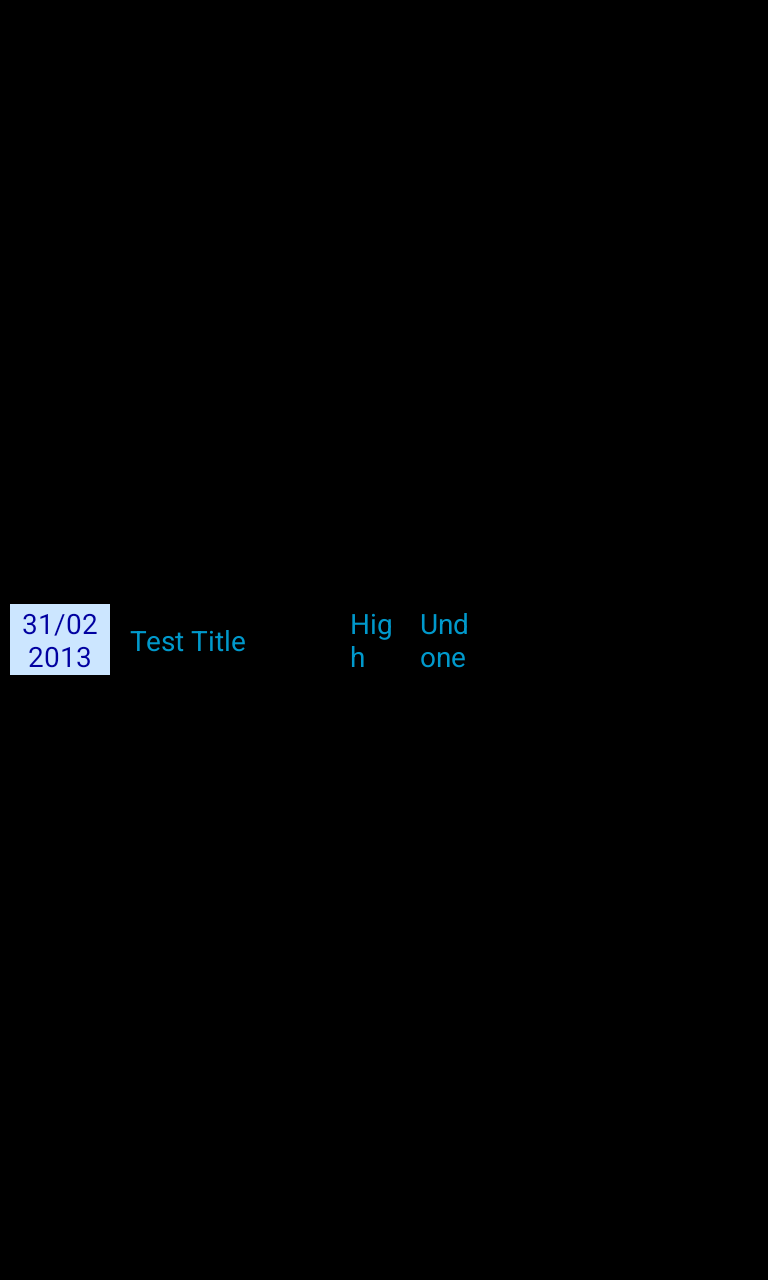
Repository: titango/androidass1
Layout: uTask/res/layout/task_list_item.xml
These files come from the project's save history. The layout is drawn as it stood at one moment and after a run of saves; the edit follows.
It is drawn on a 768 x 1280 px phone screen (xhdpi) without system bars, with theme NoActionBar; the app's code is not run.

Above is the layout before, as saved 2013-03-31 23:41:12.

After the next 2 saves:
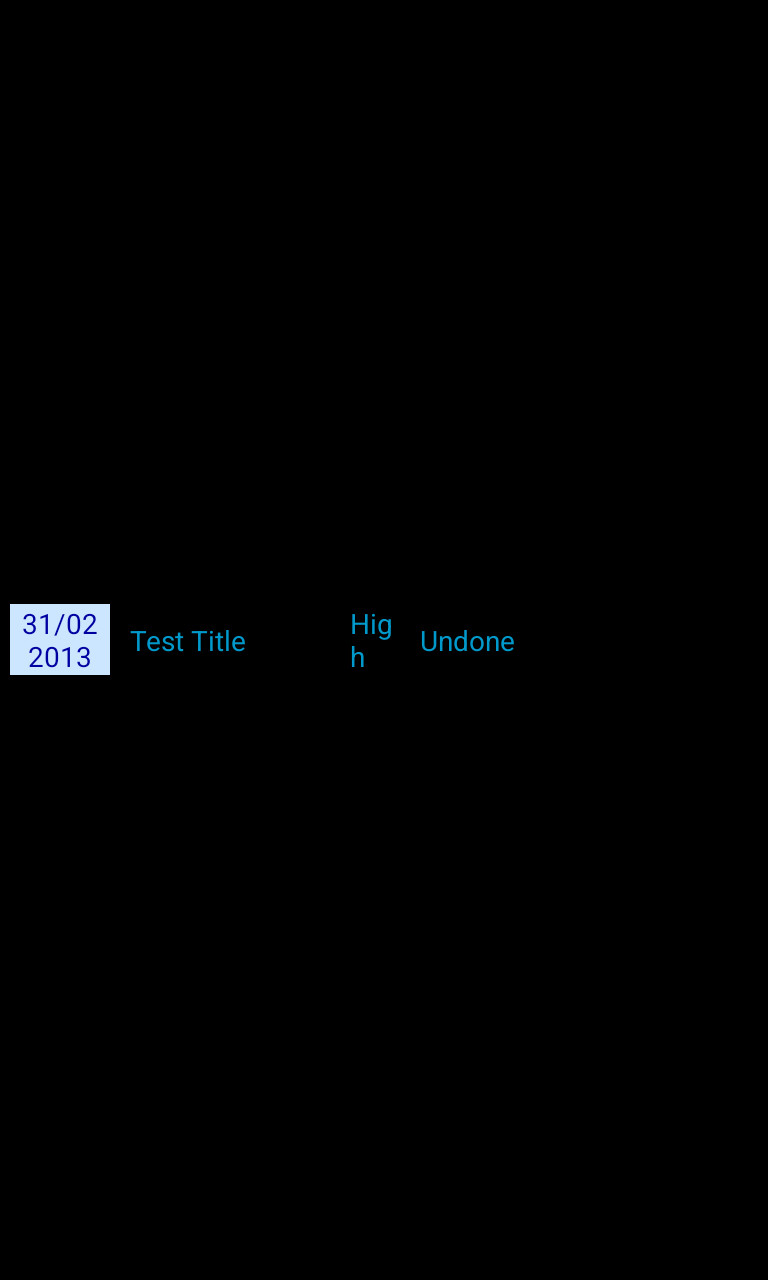
The 2 saves are shown as one change because they came seconds apart.
The last was saved 11 s later.
--- a/uTask/res/layout/task_list_item.xml
+++ b/uTask/res/layout/task_list_item.xml
@@ -37,7 +37,7 @@
 
     <TextView
         android:id="@+id/task_list_item_status"
-        android:layout_width="25dp"
+        android:layout_width="50dp"
         android:layout_height="wrap_content"
         android:layout_marginLeft="10dp"
         android:text="Undone"
